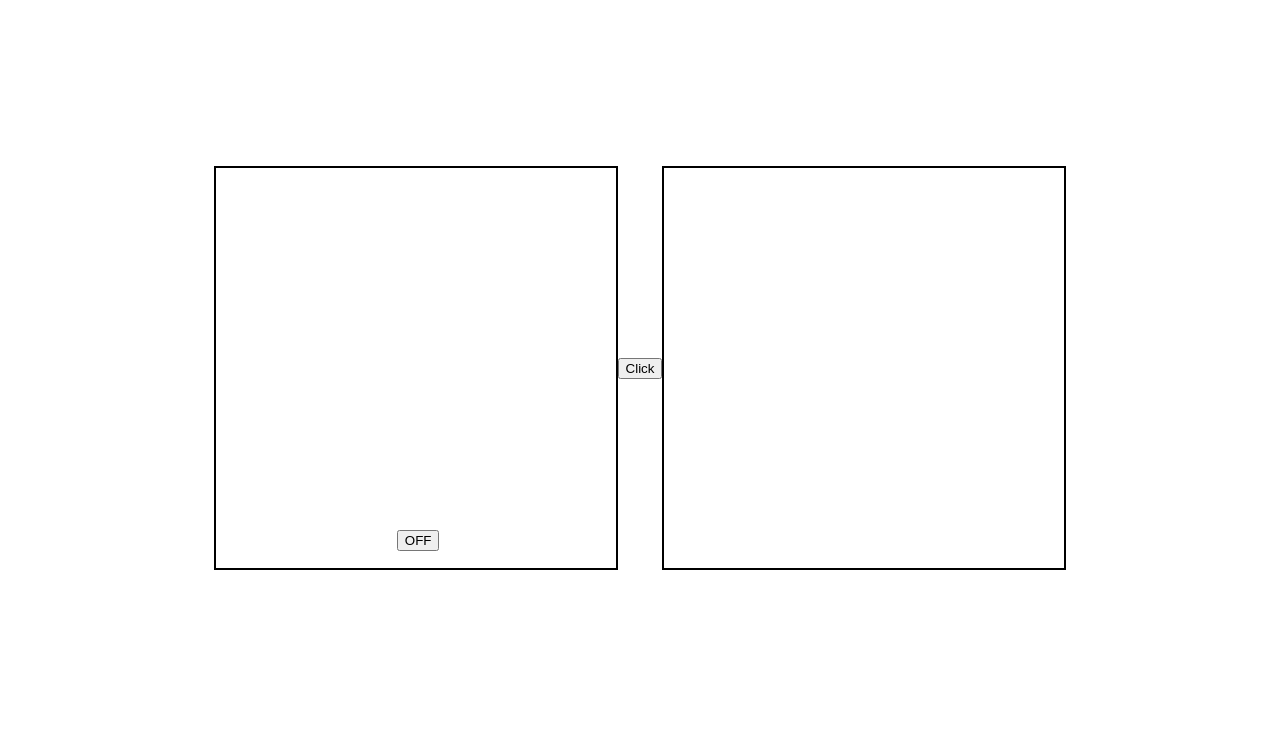
Repository: dmpelaez/photoBoothy
Page: Photobooth.html
These files come from the project's save history. The page is drawn as it stood at one moment and after the next save; the edit follows.
The browser window is 1280 px wide. The pictures show the whole page.

Above is the page before, as saved 2025-12-16 21:02:38.

After the next save:
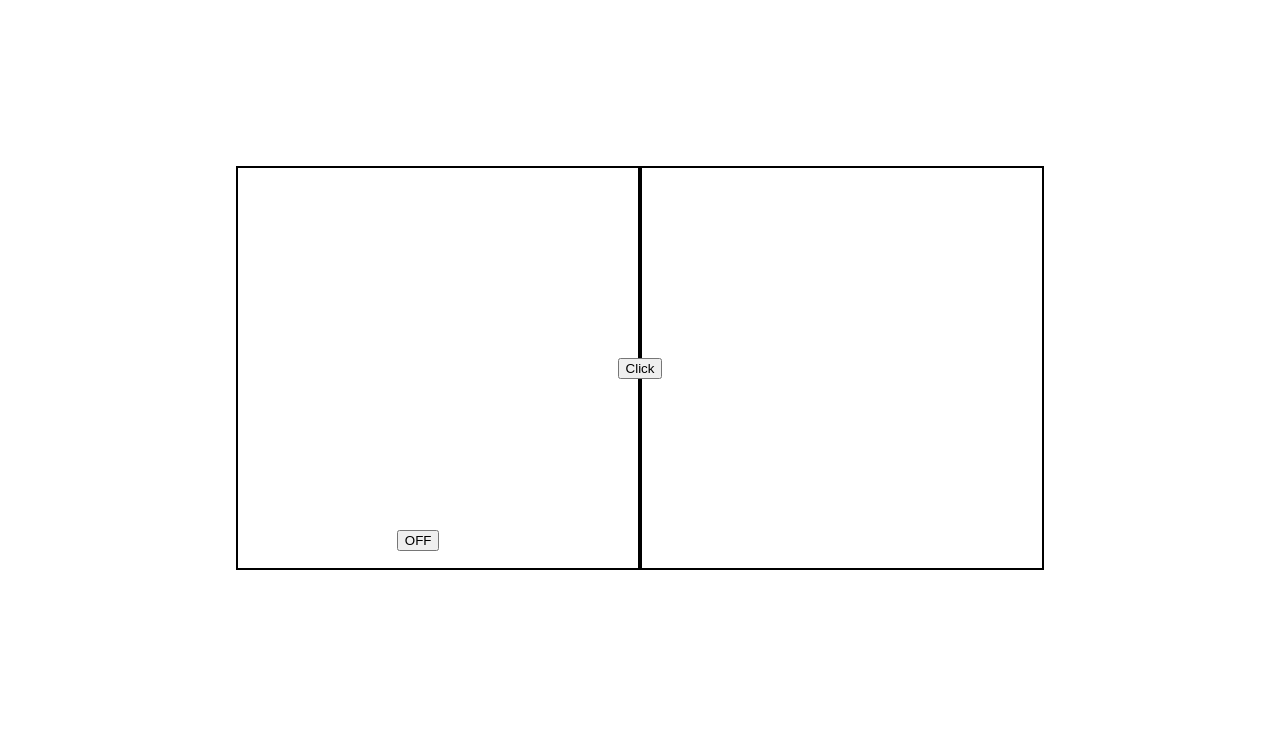
Saved 33 s later.
--- a/Photobooth.css
+++ b/Photobooth.css
@@ -16,6 +16,9 @@ body {
   left: 31%;
   bottom: 23.5%;
 }
+#photo-btn {
+  position: absolute;
+}
 .timer {
 display: none;
  position: absolute;
